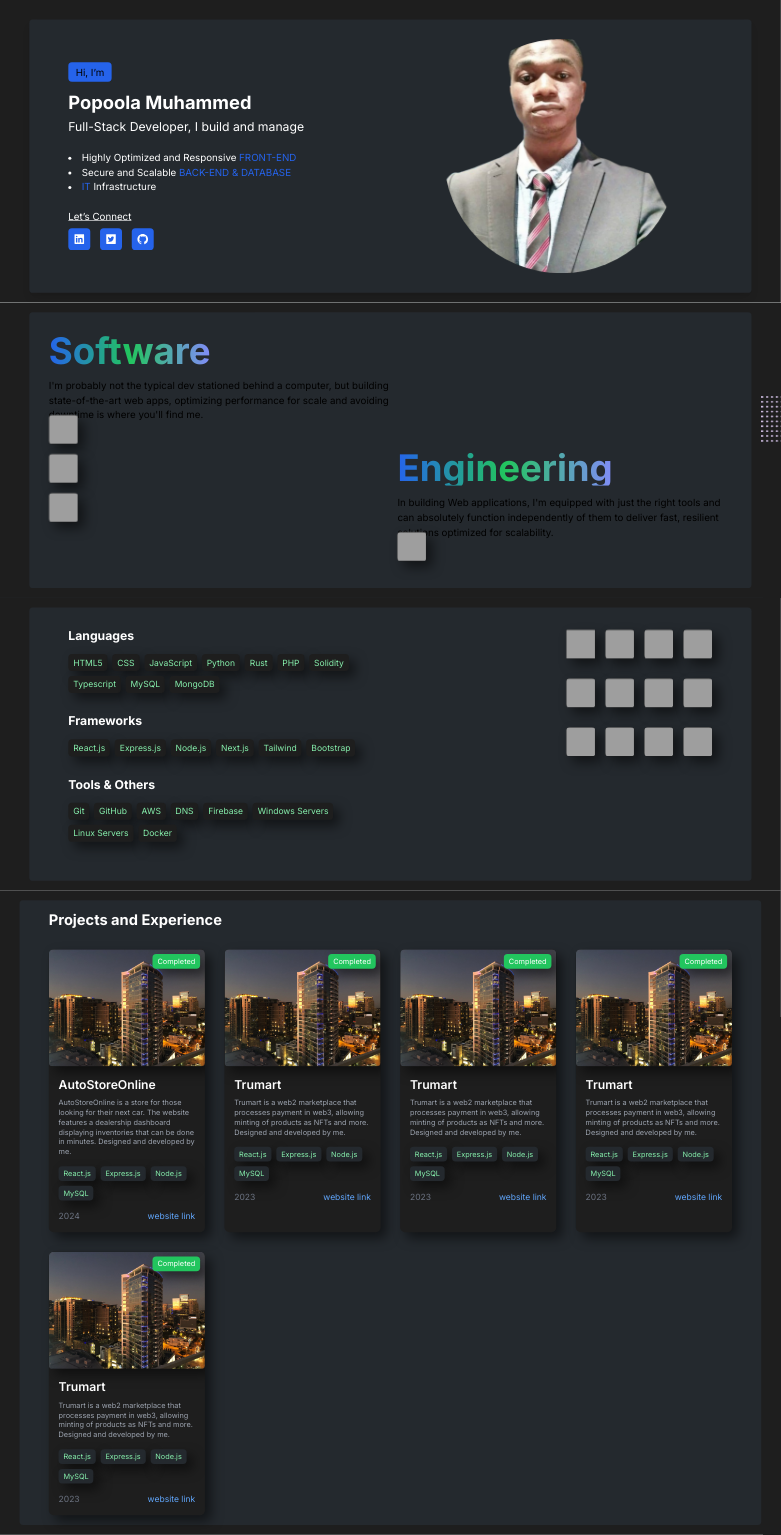
Repository: muhammedctgr/hammedctgr
Page: /
An editor plug-in stored every save of this project. The page is shown before and after a run of saves, followed by the edit.
The browser window is 1280 px wide. The pictures show the whole page, at 61% of full size.
Pictures or frames that could not be fetched are drawn as grey boxes. The project was rebuilt for these pictures with package versions that can differ from the ones it lists, and the page was loaded fresh each time. The framework's server and built-in components were replaced by stand-ins that run in the browser. Also part of the build but not shown: next.config.mjs.

Above is the page before, as saved 2024-08-08 16:39:36.

After the next 2 saves:
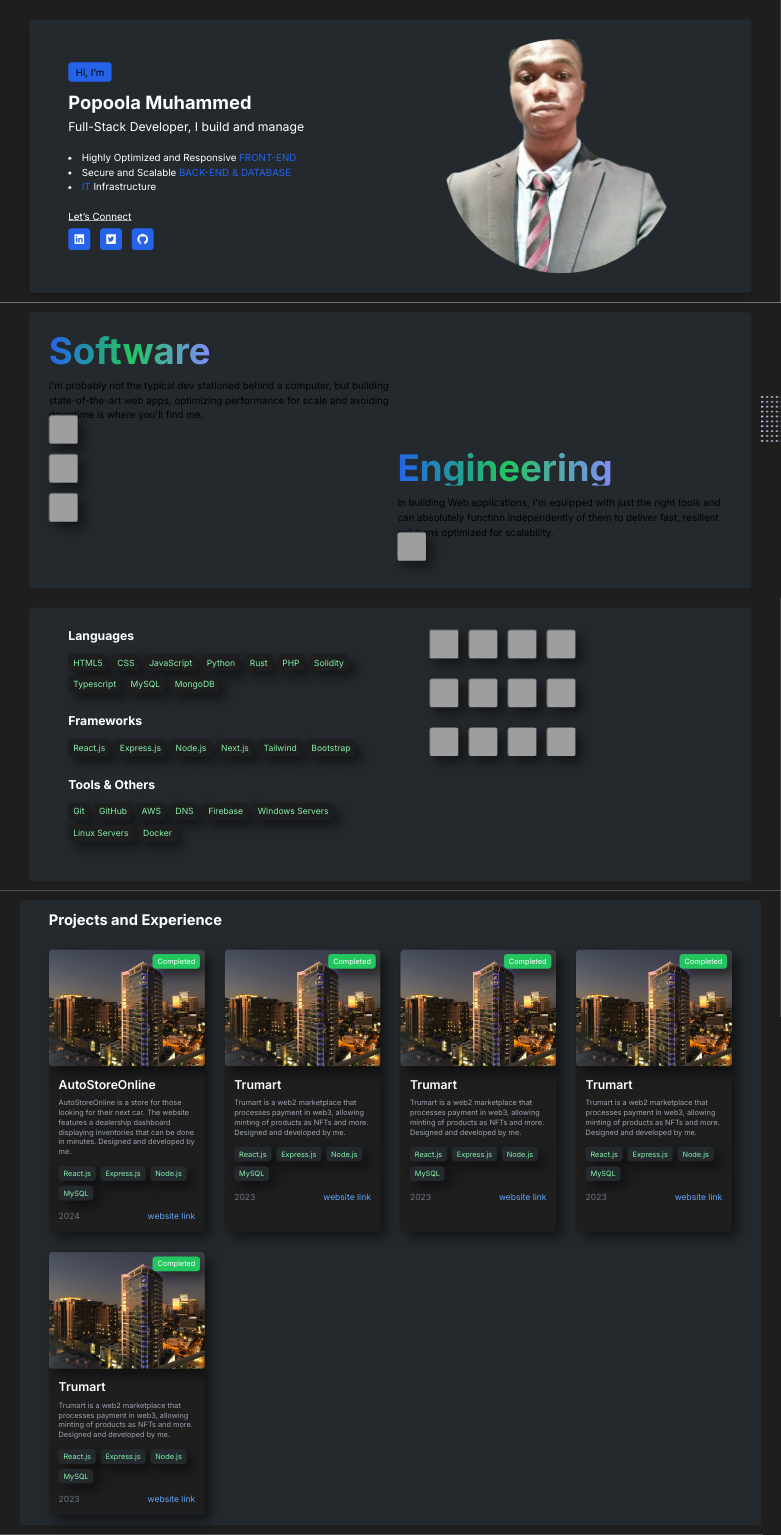
The 2 saves are shown as one change because they came seconds apart.
The last was saved 20 min 40 s later.
--- a/components/SkillsSection.tsx
+++ b/components/SkillsSection.tsx
@@ -77,7 +77,7 @@
         </div>
       ))}
     </div>
-    <div className="flex-1 flex flex-col items-center md:items-end">
+    <div className="flex-1 flex flex-col md:flex-row items-start items-center md:items-end">
       <div className="grid grid-cols-3 md:grid-cols-4 gap-4 p-4 md:p-8">
       <img src="https://cdn.jsdelivr.net/gh/devicons/devicon@latest/icons/html5/html5-original.svg" className="w-8 h-8 md:w-12 md:h-12 lg:w-12 lg:h-12 bg-gptGray rounded-sm animate-bounce shadow-deep-all mt-4" />
       <img src="https://cdn.jsdelivr.net/gh/devicons/devicon@latest/icons/css3/css3-original.svg" className="w-8 h-8 md:w-12 md:h-12 lg:w-12 lg:h-12 bg-gptGray rounded-md animate-bounce shadow-deep-all mt-4" />

After the 5 saves that followed:
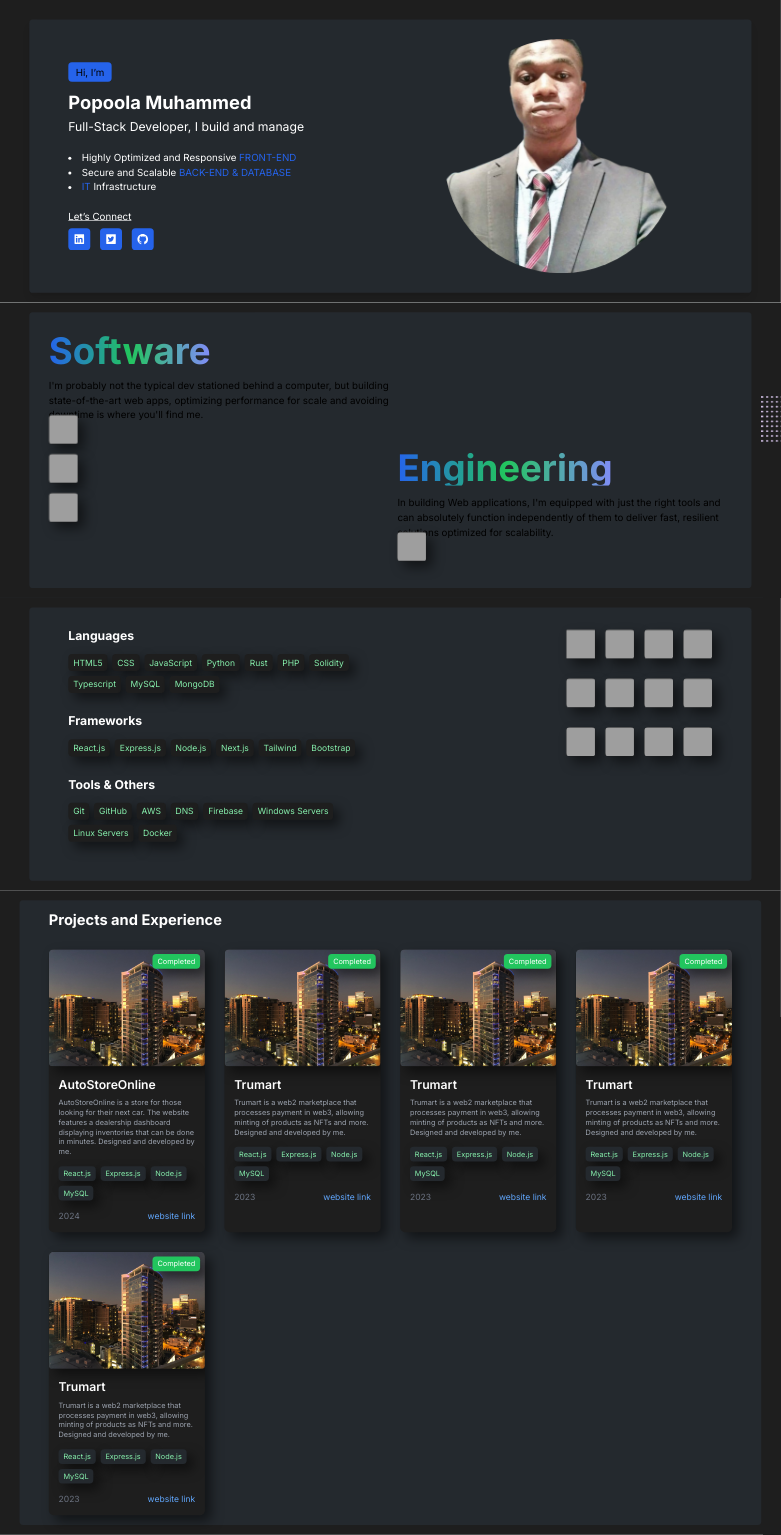
The 5 saves are shown as one change because 2 left the picture as it was and some came seconds apart.
The last was saved 42 s later.
--- a/components/SkillsSection.tsx
+++ b/components/SkillsSection.tsx
@@ -77,7 +77,7 @@
         </div>
       ))}
     </div>
-    <div className="flex-1 flex flex-col md:flex-row items-start items-center md:items-end">
+    <div className="flex-1 flex flex-col items-center md:items-end">
       <div className="grid grid-cols-3 md:grid-cols-4 gap-4 p-4 md:p-8">
       <img src="https://cdn.jsdelivr.net/gh/devicons/devicon@latest/icons/html5/html5-original.svg" className="w-8 h-8 md:w-12 md:h-12 lg:w-12 lg:h-12 bg-gptGray rounded-sm animate-bounce shadow-deep-all mt-4" />
       <img src="https://cdn.jsdelivr.net/gh/devicons/devicon@latest/icons/css3/css3-original.svg" className="w-8 h-8 md:w-12 md:h-12 lg:w-12 lg:h-12 bg-gptGray rounded-md animate-bounce shadow-deep-all mt-4" />
